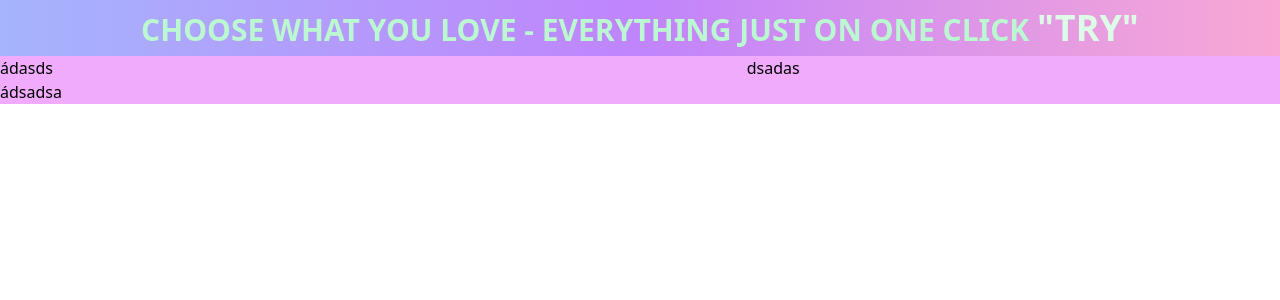
Repository: NguyenVietPhuQuy/ReactJs-TailWind-Redux-FunctionHook-ModelDesign
Page: / (app in modeldesign/)
These files come from the project's save history. The page is drawn as it stood at one moment and after the next save; the edit follows.
The browser window is 1280 px wide. The pictures show the whole page.
The project was rebuilt for these pictures with package versions that can differ from the ones it lists, and the page was loaded fresh each time. Also part of the build but not shown: modeldesign/src/App.css.

Above is the page before, as saved 2022-11-17 10:42:28.

### modeldesign/src/index.js
import React from 'react';
import ReactDOM from 'react-dom/client';
import './index.css';
import App from './App';
import reportWebVitals from './reportWebVitals';
import {Provider} from 'react-redux'
import store from './Components/Reducer/Store'
const root = ReactDOM.createRoot(document.getElementById('root'));
root.render(
  <React.StrictMode>
    <Provider store ={store}>
    <App />
    </Provider>
  </React.StrictMode>
);

// If you want to start measuring performance in your app, pass a function
// to log results (for example: reportWebVitals(console.log))
// or send to an analytics endpoint. Learn more: https://bit.ly/CRA-vitals
reportWebVitals();

### modeldesign/src/App.js
import './App.css';
import Home from './Components/Home.js'
function App() {
  return (
    <div>
      <Home/>
    </div>
  );
}

export default App;

### modeldesign/src/Components/Reducer/Store.js
import {createStore} from "redux"
import rootReducer from "./RootReducer"

const store = createStore(rootReducer,window.__REDUX_DEVTOOLS_EXTENSION__ && window.__REDUX_DEVTOOLS_EXTENSION__())
export default store

### modeldesign/src/Components/Home.js
import React from "react";
import Header from './Header.js'
import Category from "./Category.js";
import ProductList from "./ProductList.js";
import Model from "./Model.js";
function Home() {
    return (
        <div className="container mx-auto relative bg-fuchsia-300">
            <section className=
            " bg-gradient-to-r from-indigo-300 via-purple-400 to-pink-300 w-full ring-2 ring-transparent">
                    <Header/>
            </section>
            <section className="main flex flex-row">
                <div className="basis-7/12">
                    <Category/>
                    <ProductList/>
                </div>
                <div className="basis-5/12">
                    <Model />
                </div>
            </section>
        </div>
    )
}
export default Home

### modeldesign/src/Components/Reducer/RootReducer.js
import { combineReducers } from "redux";
import ProductReducer from './ProductReducer'

const rootReducer = combineReducers({
    products: ProductReducer,

})

export default rootReducer

### modeldesign/src/Components/Header.js
import React from "react";
import 'animate.css'
function Header(){
    return (
        <div className="text-center text-3xl p-2 font-semibold text-green-200">
            CHOOSE WHAT YOU LOVE - EVERYTHING JUST ON ONE CLICK <span className="text-green-100 font-bold text-4xl animate__animated animate__bounce animate__infinite">"TRY" </span>
        </div>
    )
}
export default Header

### modeldesign/src/Components/Category.js
import React from "react";
function Category(){
    return(<div>
        ádasds
    </div>)
}
export default Category

### modeldesign/src/Components/ProductList.js
import React from "react";
function ProductList(){
    return(<div>
ádsadsa
    </div>)
}
export default ProductList

### modeldesign/src/Components/Model.js
import React from "react";
function Model(){
    return(<div>
        dsadas
    </div>)
}
export default Model

### modeldesign/src/Components/Reducer/ProductReducer.js

const initialState = {
    product: [{
        id: 'topcloth_1',
        type: "topclothes",
        name: "Top Cloth 1",
        desc: "Lorem ipsum dolor, sit amet consectetur adipisicing elit. Aliquid, nulla.",
        imgSrc_jpg: 'images/clothes/topcloth1_show.jpg',
        imgSrc_png: 'images/clothes/topcloth1.png',
    },
    {
        id: 'topcloth_2',
        type: "topclothes",
        name: "Top Cloth 2",
        desc: "Lorem ipsum dolor, sit amet consectetur adipisicing elit. Aliquid, nulla.",
        imgSrc_jpg: 'images/clothes/topcloth2_show.jpg',
        imgSrc_png: 'images/clothes/topcloth2.png',
    },
    {
        id: 'topcloth_3',
        type: "topclothes",
        name: "Top Cloth 3",
        desc: "Lorem ipsum dolor, sit amet consectetur adipisicing elit. Aliquid, nulla.",
        imgSrc_jpg: 'images/clothes/topcloth3_show.jpg',
        imgSrc_png: 'images/clothes/topcloth3.png',
    },
    {
        id: 'topcloth_4',
        type: "topclothes",
        name: "Top Cloth 4",
        desc: "Lorem ipsum dolor, sit amet consectetur adipisicing elit. Aliquid, nulla.",
        imgSrc_jpg: 'images/clothes/topcloth4_show.jpg',
        imgSrc_png: 'images/clothes/topcloth4.png',
    },
    {
        id: 'topcloth_5',
        type: "topclothes",
        name: "Top Cloth 5",
        desc: "Lorem ipsum dolor, sit amet consectetur adipisicing elit. Aliquid, nulla.",
        imgSrc_jpg: 'images/clothes/topcloth5_show.jpg',
        imgSrc_png: 'images/clothes/topcloth5.png',
    },
    {
        id: 'topcloth_6',
        type: "topclothes",
        name: "Top Cloth ",
        desc: "Lorem ipsum dolor, sit amet consectetur adipisicing elit. Aliquid, nulla.",
        imgSrc_jpg: 'images/clothes/topcloth6_show.jpg',
        imgSrc_png: 'images/clothes/topcloth6.png',
    },

    // Both clothes
    {
        id: 'botcloth_1',
        type: "botclothes",
        name: "Bot Cloth 1",
        desc: "Lorem ipsum dolor, sit amet consectetur adipisicing elit. Aliquid, nulla.",
        imgSrc_jpg: 'images/clothes/botcloth1_show.jpg',
        imgSrc_png: 'images/clothes/botcloth1.png',
    },
    {
        id: 'botcloth_2',
        type: "botclothes",
        name: "Bot Cloth 2",
        desc: "Lorem ipsum dolor, sit amet consectetur adipisicing elit. Aliquid, nulla.",
        imgSrc_jpg: 'images/clothes/botcloth2_show.jpg',
        imgSrc_png: 'images/clothes/botcloth2.png',
    },
    {
        id: 'botcloth_3',
        type: "botclothes",
        name: "Bot Cloth 3",
        desc: "Lorem ipsum dolor, sit amet consectetur adipisicing elit. Aliquid, nulla.",
        imgSrc_jpg: 'images/clothes/botcloth3_show.jpg',
        imgSrc_png: 'images/clothes/botcloth3.png',
    },
    {
        id: 'botcloth_4',
        type: "botclothes",
        name: "Bot Cloth 4",
        desc: "Lorem ipsum dolor, sit amet consectetur adipisicing elit. Aliquid, nulla.",
        imgSrc_jpg: 'images/clothes/botcloth4_show.jpg',
        imgSrc_png: 'images/clothes/botcloth4.png',
    },
    {
        id: 'botcloth_5',
        type: "botclothes",
        name: "Bot Cloth 5",
        desc: "Lorem ipsum dolor, sit amet consectetur adipisicing elit. Aliquid, nulla.",
        imgSrc_jpg: 'images/clothes/botcloth5_show.jpg',
        imgSrc_png: 'images/clothes/botcloth5.png',
    },

    // Shoes
    {
        id: 'shoes_1',
        type: "shoes",
        name: "Shoes 1",
        desc: "Lorem ipsum dolor, sit amet consectetur adipisicing elit. Aliquid, nulla.",
        imgSrc_jpg: 'images/shoes/shoes1_show.jpg',
        imgSrc_png: 'images/shoes/shoes1.png',
    },
    {
        id: 'shoes_2',
        type: "shoes",
        name: "Shoes 2",
        desc: "Lorem ipsum dolor, sit amet consectetur adipisicing elit. Aliquid, nulla.",
        imgSrc_jpg: 'images/shoes/shoes2_show.jpg',
        imgSrc_png: 'images/shoes/shoes2.png',
    },
    {
        id: 'shoes_3',
        type: "shoes",
        name: "Shoes 3",
        desc: "Lorem ipsum dolor, sit amet consectetur adipisicing elit. Aliquid, nulla.",
        imgSrc_jpg: 'images/shoes/shoes3_show.jpg',
        imgSrc_png: 'images/shoes/shoes3.png',
    },
    {
        id: 'shoes_4',
        type: "shoes",
        name: "Shoes 4",
        desc: "Lorem ipsum dolor, sit amet consectetur adipisicing elit. Aliquid, nulla.",
        imgSrc_jpg: 'images/shoes/shoes4_show.jpg',
        imgSrc_png: 'images/shoes/shoes4.png',
    },
    {
        id: 'shoes_5',
        type: "shoes",
        name: "Shoes 5",
        desc: "Lorem ipsum dolor, sit amet consectetur adipisicing elit. Aliquid, nulla.",
        imgSrc_jpg: 'images/shoes/shoes5_show.jpg',
        imgSrc_png: 'images/shoes/shoes5.png',
    },

    // Handbags
    {
        id: 'handbag_1',
        type: "handbags",
        name: "Handbag 1",
        desc: "Lorem ipsum dolor, sit amet consectetur adipisicing elit. Aliquid, nulla.",
        imgSrc_jpg: 'images/handbags/handbag1_show.jpg',
        imgSrc_png: 'images/handbags/handbag1.png',
    },
    {
        id: 'handbag_2',
        type: "handbags",
        name: "Handbag 2",
        desc: "Lorem ipsum dolor, sit amet consectetur adipisicing elit. Aliquid, nulla.",
        imgSrc_jpg: 'images/handbags/handbag2_show.jpg',
        imgSrc_png: 'images/handbags/handbag2.png',
    },
    {
        id: 'handbag_3',
        type: "handbags",
        name: "Handbag 3",
        desc: "Lorem ipsum dolor, sit amet consectetur adipisicing elit. Aliquid, nulla.",
        imgSrc_jpg: 'images/handbags/handbag3_show.jpg',
        imgSrc_png: 'images/handbags/handbag3.png',
    },

    // Necklaces
    {
        id: 'necklace_1',
        type: "necklaces",
        name: "Necklace 1",
        desc: "Lorem ipsum dolor, sit amet consectetur adipisicing elit. Aliquid, nulla.",
        imgSrc_jpg: 'images/necklaces/necklace1_show.jpg',
        imgSrc_png: 'images/necklaces/necklace1.png',
    },
    {
        id: 'necklace_2',
        type: "necklaces",
        name: "Necklace 2",
        desc: "Lorem ipsum dolor, sit amet consectetur adipisicing elit. Aliquid, nulla.",
        imgSrc_jpg: 'images/necklaces/necklace2_show.jpg',
        imgSrc_png: 'images/necklaces/necklace2.png',
    },
    {
        id: 'necklace_3',
        type: "necklaces",
        name: "Necklace 3",
        desc: "Lorem ipsum dolor, sit amet consectetur adipisicing elit. Aliquid, nulla.",
        imgSrc_jpg: 'images/necklaces/necklace3_show.jpg',
        imgSrc_png: 'images/necklaces/necklace3.png',
    },

    // Hairstyle
    {
        id: 'hairstyle_1',
        type: "hairstyle",
        name: "Hairstyle 1",
        desc: "Lorem ipsum dolor, sit amet consectetur adipisicing elit. Aliquid, nulla.",
        imgSrc_jpg: 'images/hairstyle/hairstyle1_show.jpg',
        imgSrc_png: 'images/hairstyle/hairstyle1.png',
    },
    {
        id: 'hairstyle_2',
        type: "hairstyle",
        name: "Hairstyle 2",
        desc: "Lorem ipsum dolor, sit amet consectetur adipisicing elit. Aliquid, nulla.",
        imgSrc_jpg: 'images/hairstyle/hairstyle2_show.jpg',
        imgSrc_png: 'images/hairstyle/hairstyle2.png',
    },
    {
        id: 'hairstyle_3',
        type: "hairstyle",
        name: "Hairstyle 3",
        desc: "Lorem ipsum dolor, sit amet consectetur adipisicing elit. Aliquid, nulla.",
        imgSrc_jpg: 'images/hairstyle/hairstyle3_show.jpg',
        imgSrc_png: 'images/hairstyle/hairstyle3.png',
    },

    // Background
    {
        id: 'background_1',
        type: "background",
        name: "Background 1",
        desc: "Lorem ipsum dolor, sit amet consectetur adipisicing elit. Aliquid, nulla.",
        imgSrc_jpg: 'images/background/background1_show.jpg',
        imgSrc_png: 'images/background/background1.jpg',
    },
    {
        id: 'background_2',
        type: "background",
        name: "Background 2",
        desc: "Lorem ipsum dolor, sit amet consectetur adipisicing elit. Aliquid, nulla.",
        imgSrc_jpg: 'images/background/background2_show.jpg',
        imgSrc_png: 'images/background/background2.jpg',
    },
    {
        id: 'background_3',
        type: "background",
        name: "Background 3",
        desc: "Lorem ipsum dolor, sit amet consectetur adipisicing elit. Aliquid, nulla.",
        imgSrc_jpg: 'images/background/background3_show.jpg',
        imgSrc_png: 'images/background/background3.jpg',
    },
    {
        id: 'background_4',
        type: "background",
        name: "Background 4",
        desc: "Lorem ipsum dolor, sit amet consectetur adipisicing elit. Aliquid, nulla.",
        imgSrc_jpg: 'images/background/background4_show.jpg',
        imgSrc_png: 'images/background/background4.jpg',
    },
    {
        id: 'background_5',
        type: "background",
        name: "Background 5",
        desc: "Lorem ipsum dolor, sit amet consectetur adipisicing elit. Aliquid, nulla.",
        imgSrc_jpg: 'images/background/background5_show.jpg',
        imgSrc_png: 'images/background/background5.jpg',
    },
    {
        id: 'background_6',
        type: "background",
        name: "Background 6",
        desc: "Lorem ipsum dolor, sit amet consectetur adipisicing elit. Aliquid, nulla.",
        imgSrc_jpg: 'images/background/background6_show.jpg',
        imgSrc_png: 'images/background/background6.jpg',
    },
    {
        id: 'background_7',
        type: "background",
        name: "Background 7",
        desc: "Lorem ipsum dolor, sit amet consectetur adipisicing elit. Aliquid, nulla.",
        imgSrc_jpg: 'images/background/background7_show.jpg',
        imgSrc_png: 'images/background/background7.jpg',
    },
],
}
const ProductReducer = (state =initialState,action)=>{
    return state
}

export default ProductReducer

Loaded but not shown: modeldesign/public/index.html (common file); modeldesign/src/index.css (common file); modeldesign/src/reportWebVitals.js (common file); modeldesign/tailwind.config.js (common file)

After the next save:
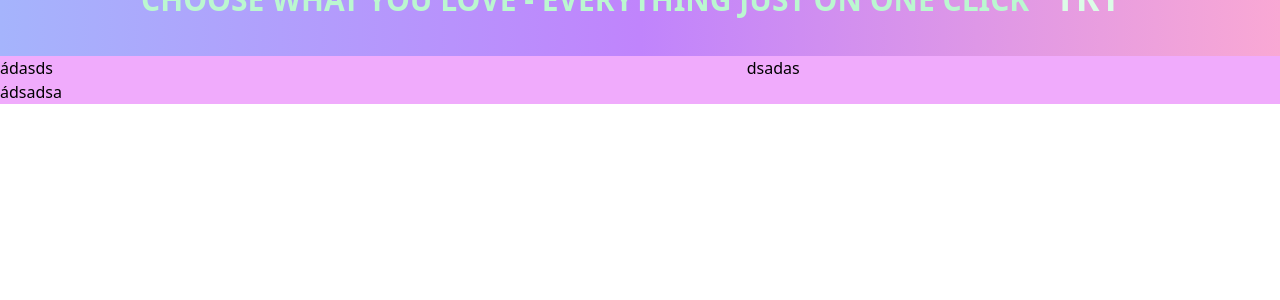
Saved 78 s later.
--- a/modeldesign/src/Components/Header.js
+++ b/modeldesign/src/Components/Header.js
@@ -2,7 +2,7 @@
 import 'animate.css'
 function Header(){
     return (
-        <div className="text-center text-3xl p-2 font-semibold text-green-200">
+        <div className="text-center text-3xl p-2 font-semibold text-green-200  animate__animated animate__bounce animate__infinite">
             CHOOSE WHAT YOU LOVE - EVERYTHING JUST ON ONE CLICK <span className="text-green-100 font-bold text-4xl animate__animated animate__bounce animate__infinite">"TRY" </span>
         </div>
     )

After the save that followed:
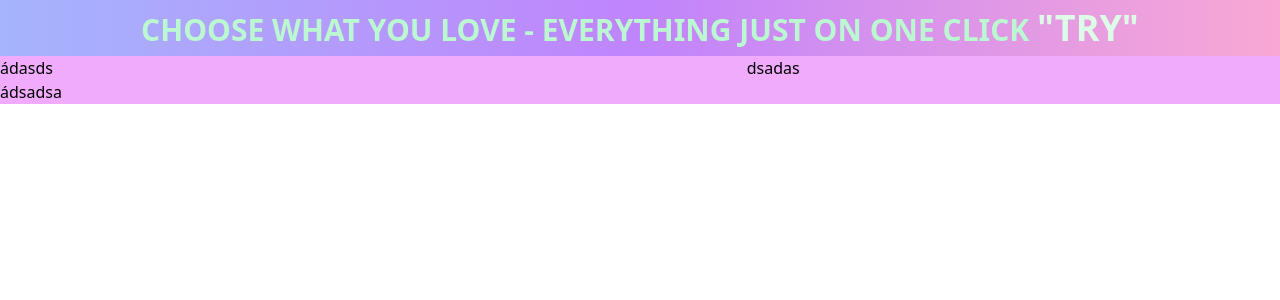
Saved 14 s later.
--- a/modeldesign/src/Components/Header.js
+++ b/modeldesign/src/Components/Header.js
@@ -2,7 +2,7 @@
 import 'animate.css'
 function Header(){
     return (
-        <div className="text-center text-3xl p-2 font-semibold text-green-200  animate__animated animate__bounce animate__infinite">
+        <div className="text-center text-3xl p-2 font-semibold text-green-200 ">
             CHOOSE WHAT YOU LOVE - EVERYTHING JUST ON ONE CLICK <span className="text-green-100 font-bold text-4xl animate__animated animate__bounce animate__infinite">"TRY" </span>
         </div>
     )
